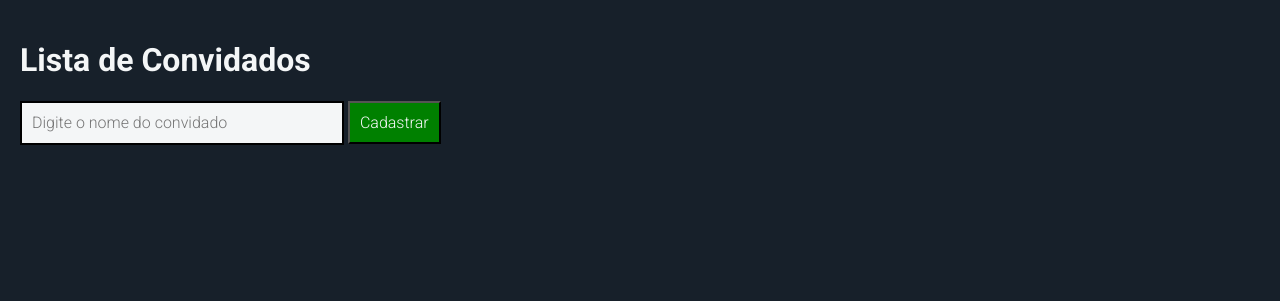
Repository: andrevff/lista-de-convidados
Page: index.html
The author's editor kept a copy of each file at every save. The page is drawn from the files as they stood at one save, then again after a run of saves.
The browser window is 1280 px wide. The pictures show the whole page.

Above is the page before, as saved 2022-11-29 18:12:44.

After the next 4 saves:
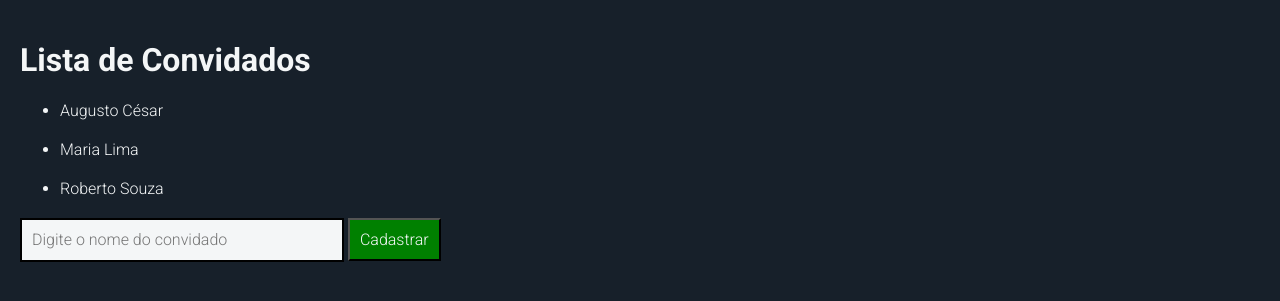
The 4 saves are shown as one change because they came seconds apart.
The last was saved 20 s later.
--- a/assets/js/scripts.js
+++ b/assets/js/scripts.js
@@ -13,4 +13,5 @@ for (convidado of convidados) {
     var elementoNome = document.createTextNode(convidado.nome)
 
     elementoConvidado.appendChild(elementoNome)
+    elementoLista.appendChild(elementoConvidado)
 }
